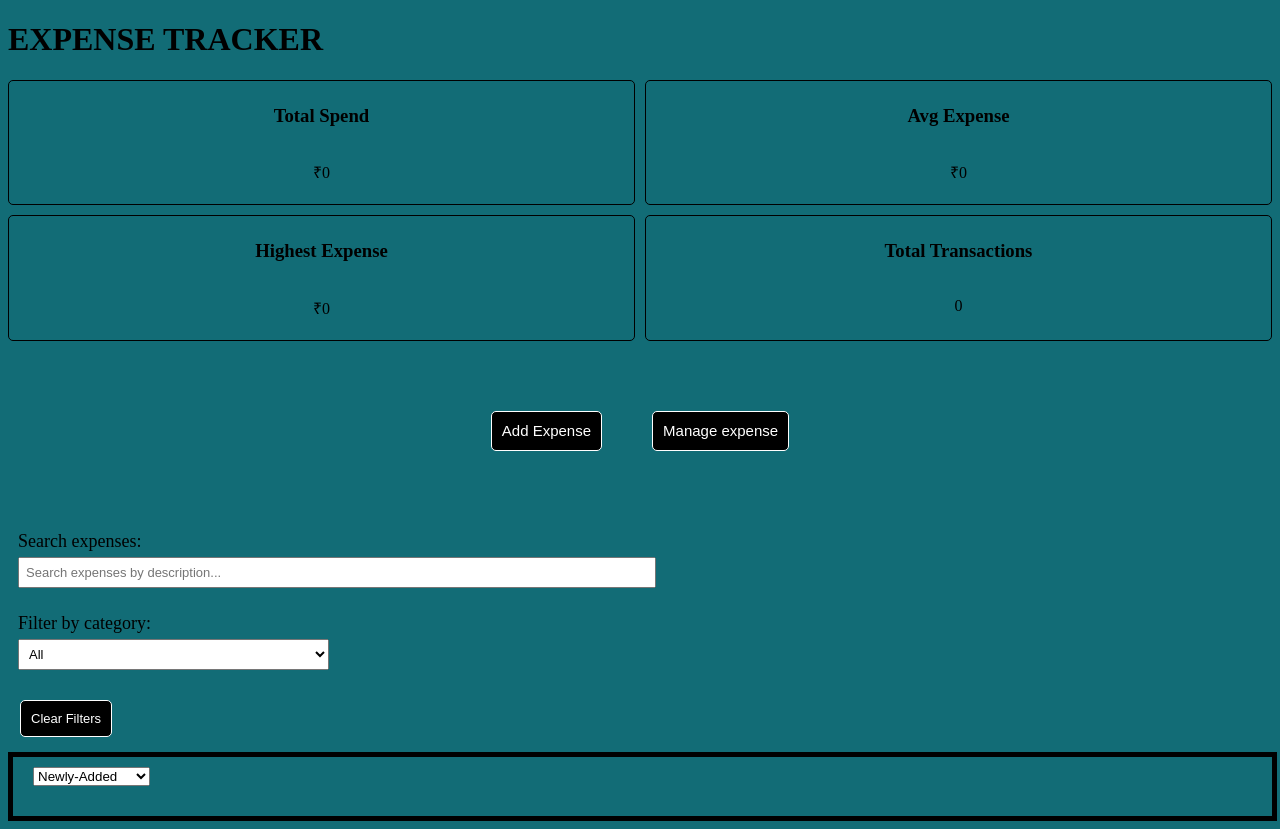
Repository: Gaurav124937/Expense-Tracker
Page: index.html
An editor plug-in stored every save of this project. The page is shown before and after a run of saves, followed by the edit.
The browser window is 1280 px wide. The pictures show the whole page.

Above is the page before, as saved 2026-09-20 20:13:38.

After the next 2 saves:
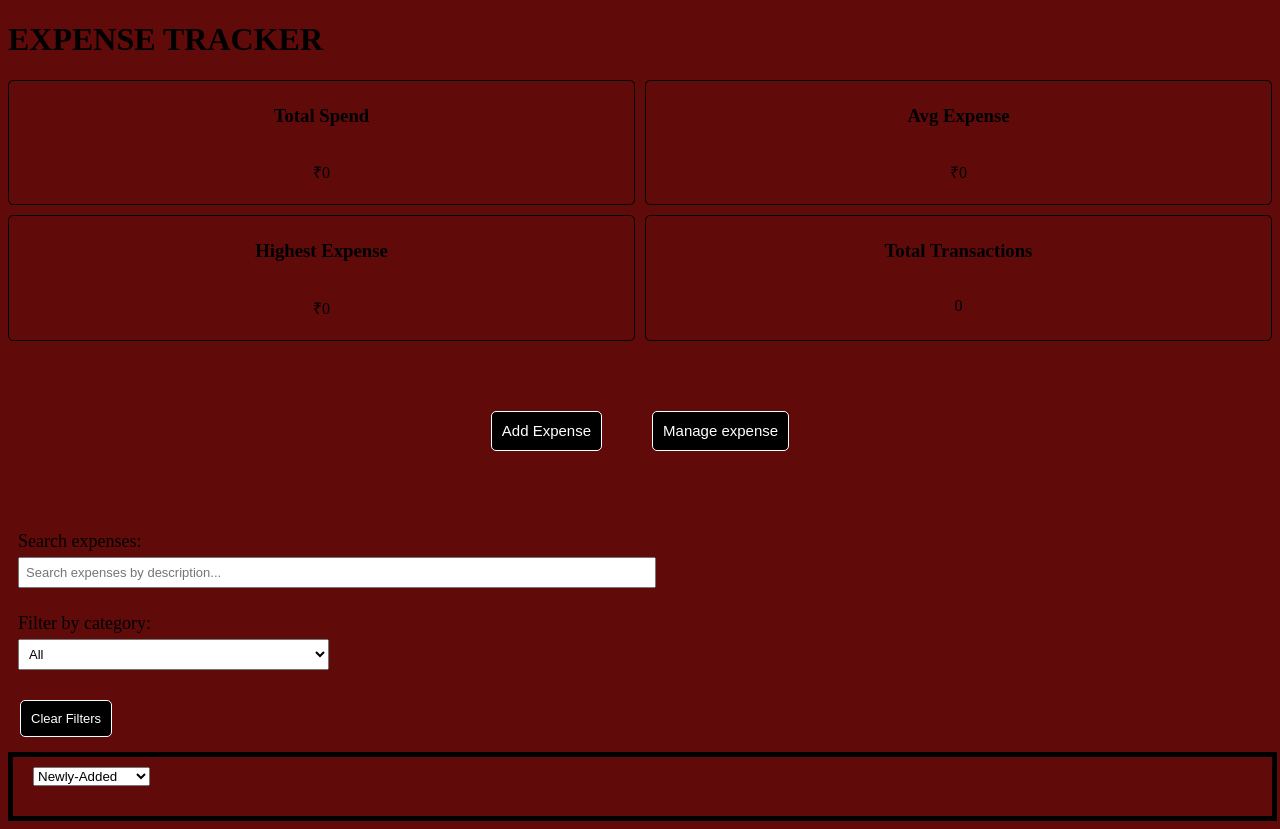
The 2 saves are shown as one change because they came seconds apart.
The last was saved 29 s later.
--- a/style.css
+++ b/style.css
@@ -133,7 +133,7 @@
 }
 
 body {
-  background-color: rgb(18, 108, 118);
+  background-color: rgb(96, 10, 10);
 }
 
 .expense-description {
